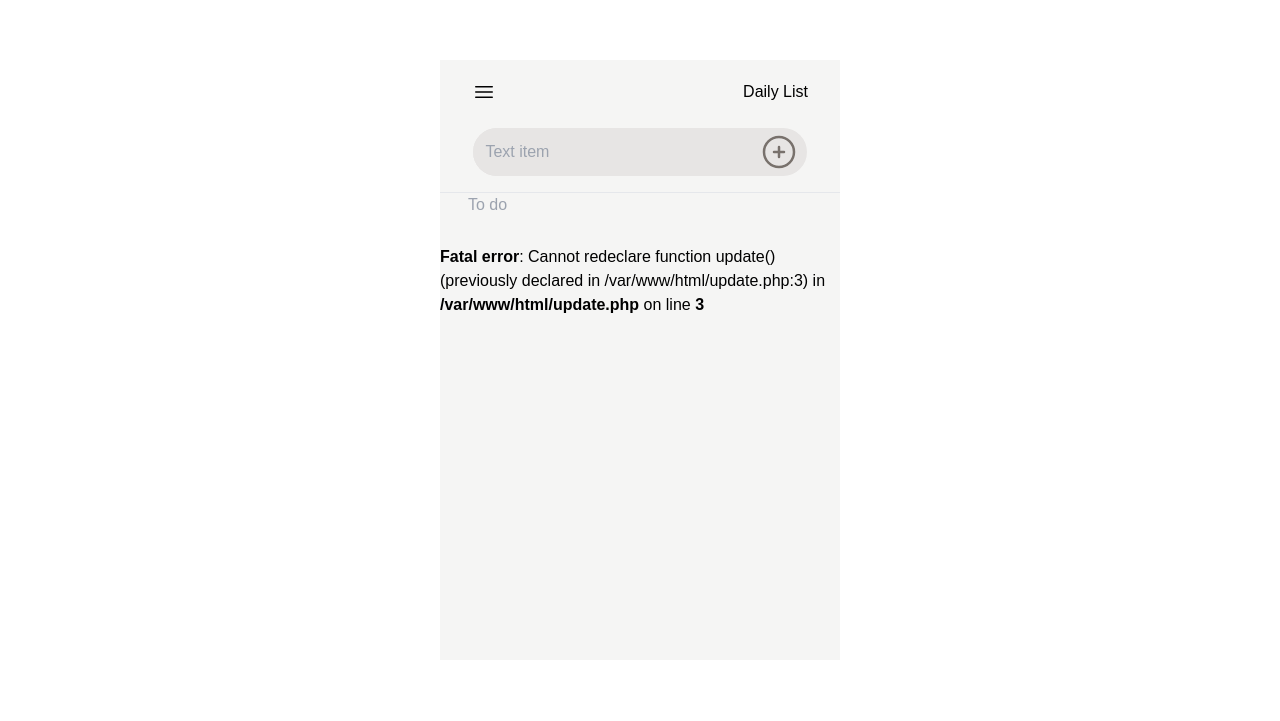
Repository: hsumyatm7308/TodolistbyPHP
Page: http://localhost/
An editor plug-in stored every save of this project. The page is shown before and after the next save, followed by the edit.
The browser window is 1280 px wide. The pictures show the whole page.
Some web libraries are served in a nearby version. The page is run by PHP 8.4 with error messages shown; the project is at /var/www/html/. Queries for data that is not in the repository find no rows.

Above is the page before, as saved 2023-07-11 12:39:52.

### index.php
<!DOCTYPE html>
<html lang="en">

<head>
    <meta charset="UTF-8">
    <meta name="viewport" content="width=device-width, initial-scale=1.0">
    <title>To Do List</title>
    <link rel="stylesheet" href="https://cdnjs.cloudflare.com/ajax/libs/font-awesome/6.4.0/css/all.min.css">
    <script src="https://cdn.tailwindcss.com"></script>

    <style>
        * {
            font-family: sans-serif;
        }

        .scrollbar-hide::-webkit-scrollbar {
            display: none;
        }
    </style>

</head>

<body>
    <div class="w-screen h-screen container flex justify-center items-center">
        <div class="w-[400px] h-[600px] bg-stone-100">
            <!-- header nav  -->
            <div class="w-full h-14 flex justify-between items-center p-8">
                <div>
                    <svg xmlns="http://www.w3.org/2000/svg" fill="none" viewBox="0 0 24 24" stroke-width="1.5"
                        stroke="currentColor" class="w-6 h-6">
                        <path stroke-linecap="round" stroke-linejoin="round"
                            d="M3.75 6.75h16.5M3.75 12h16.5m-16.5 5.25h16.5" />
                    </svg>

                </div>
                <div>
                    <h4> Daily List</h4>
                </div>
            </div>

            <?php

            include("todoform.php");


            ?>

            <div class="w-full h-[500px] overflow-y-scroll scrollbar-hide">

                <?php

                include("update.php");
                // include("complete.php");
                include("edittodo.php");
                include("deletetodo.php");

                ?>
            </div>







        </div>
    </div>










</body>

</html>

### todoform.php
<?php
ini_set('display_errors', false);
require_once("database.php");
require_once("create.php");

try {
    global $conn;

    $stmt = $conn->prepare("SELECT id, task FROM todolist");
    $stmt->execute();
} catch (Exception $e) {
    echo "Found Error: " . $e->getMessage();
}
?>

<!-- update to do  -->
<!-- <form action="index.php" method="post" class="mt-3" enctype="multipart/form-data"> -->
<h3 class="text-gray-400 ml-7 mb-1">To do</h3>

<?php while ($row = $stmt->fetch()): ?>
    <div name="taskitems" class="w-full h-auto flex justify-center items-center p-1">
        <div class="w-[85%] h-auto bg-stone-200 flex justify-between items-center p-3">
            <span>
                <button class="complete-check">
                    <i class="fa-regular fa-circle-check"></i>
                </button>
                <span class="ml-1">
                    <?php echo $row['task'] ?>
                </span>
            </span>
            <div class="flex justify-center items-center">

                    <button class="mr-4 editbtn" name="edit-task" value="<?php echo $row['id']; ?>">
                        <svg xmlns="http://www.w3.org/2000/svg" fill="none" viewBox="0 0 24 24" stroke-width="1.5"
                            stroke="currentColor" class="w-6 h-6">
                            <path stroke-linecap="round" stroke-linejoin="round"
                                d="M16.862 4.487l1.687-1.688a1.875 1.875 0 112.652 2.652L10.582 16.07a4.5 4.5 0 01-1.897 1.13L6 18l.8-2.685a4.5 4.5 0 011.13-1.897l8.932-8.931zm0 0L19.5 7.125M18 14v4.75A2.25 2.25 0 0115.75 21H5.25A2.25 2.25 0 013 18.75V8.25A2.25 2.25 0 015.25 6H10" />
                        </svg>

                    </button>


                <form action="index.php" method="post" class="flex justify-center items-center">
                    <button type="submit" name="delete-task" value="<?php echo $row['id']; ?>" class="delete-task">
                        <svg xmlns="http://www.w3.org/2000/svg" fill="none" viewBox="0 0 24 24" stroke-width="1.5"
                            stroke="currentColor" class="w-6 h-6">
                            <path stroke-linecap="round" stroke-linejoin="round"
                                d="M14.74 9l-.346 9m-4.788 0L9.26 9m9.968-3.21c.342.052.682.107 1.022.166m-1.022-.165L18.16 19.673a2.25 2.25 0 01-2.244 2.077H8.084a2.25 2.25 0 01-2.244-2.077L4.772 5.79m14.456 0a48.108 48.108 0 00-3.478-.397m-12 .562c.34-.059.68-.114 1.022-.165m0 0a48.11 48.11 0 013.478-.397m7.5 0v-.916c0-1.18-.91-2.164-2.09-2.201a51.964 51.964 0 00-3.32 0c-1.18.037-2.09 1.022-2.09 2.201v.916m7.5 0a48.667 48.667 0 00-7.5 0" />
                        </svg>
                    </button>
                </form>

            </div>





        </div>
    </div>
<?php endwhile; ?>
<!-- </form> -->


<script>

    const editbtn = document.getElementsByClassName('editbtn');
    for (var x = 0; x < editbtn.length; x++) {
        editbtn[x].addEventListener('click', function () {
            const submitBtn = document.getElementById('submitBtn');
            // update = submitBtn.getAttribute('name')
            submitBtn.setAttribute('name', 'update');
            console.log(submitBtn)
        })
    }
</script>

### database.php
<?php

$dbhost = 'localhost';
$dbuser = 'root';
$dbpass = '';
$dbname = 'hmmdb';


try{

    $conn = new PDO("mysql:host=$dbhost;dbname=$dbname", $dbuser, $dbpass);
    $conn->setAttribute(PDO::ATTR_ERRMODE, PDO::ERRMODE_EXCEPTION);

    // echo "Connection successful";


}catch(Exception $e){
    "Error Found:".$e->getMessage();
}




?>

### create.php
<?php
// session_start();
ini_set('display_errors', 1);

require_once("database.php");
include 'update.php';




if ($_SERVER['REQUEST_METHOD'] === 'POST') {
    global $conn;

    $getdata = $_POST['textbox'];

    if (isset($_POST['submit'])) {
        try {
            $stmt = $conn->prepare("INSERT INTO todolist (task) VALUES (:task)");

            $task = $getdata;

            if (empty($task)) {
                echo "";
            } else {
                $stmt->bindParam(':task', $task);




                $stmt->execute();
            }


        } catch (Exception $e) {
            echo "Error Found: " . $e->getMessage();
        }
    }


    if(isset($_POST['update'])){
        $updatedData = update(); // Call the update() function and store the returned value in a variable
        echo $updatedData; // Output the updated value
    }
}






?>




<!-- to do form  -->
<form action="" method="post" enctype="multipart/form-data">


    <div class="w-full h-auto flex justify-center items-center p-1">
        <div class="w-[85%] h-auto bg-stone-200 flex justify-between items-center rounded-3xl">
            <input type="text" name="textbox"
                class="w-[85%] bg-stone-200 rounded-tl-3xl rounded-bl-3xl p-3 focus:outline-none"
                placeholder="Text item">

            <button type="submit" name="submit" class="" id="submitBtn">
                <svg xmlns="http://www.w3.org/2000/svg" fill="none" viewBox="0 0 24 24" stroke-width="1.5"
                    stroke="currentColor" class="w-10 h-10 mr-2 text-stone-500 hover:text-stone-600">
                    <path stroke-linecap="round" stroke-linejoin="round"
                        d="M12 9v6m3-3H9m12 0a9 9 0 11-18 0 9 9 0 0118 0z" />
                </svg>
            </button>
        </div>

    </div>
    <hr class="mt-3">
</form>

### update.php
<?php

function update(){
    $data = "hello"; // New data to be updated

    // Perform update operations here (e.g., update data in the database)

    return $data; // Return the updated value
}


?>

### edittodo.php
<?php
require_once("create.php");
require_once("todoform.php");
require_once("database.php");


    if (isset($_GET['edit-task'])) {
        $task = $_POST['textbox'];


       echo $editTaskID;



    }



?>

### deletetodo.php
<?php
require_once("create.php");
require_once("todoform.php");
require_once("database.php");

if (isset($_POST['delete-task'])) {
    $deleteTaskID = $_POST['delete-task'];

    try {
        $stmt = $conn->prepare("DELETE FROM todolist WHERE id = :delid");
        $stmt->bindParam(":delid", $deleteTaskID);
        $stmt->execute();


    } catch (Exception $e) {
        echo "Error found: " . $e->getMessage();
    }
}
?>

After the next save:
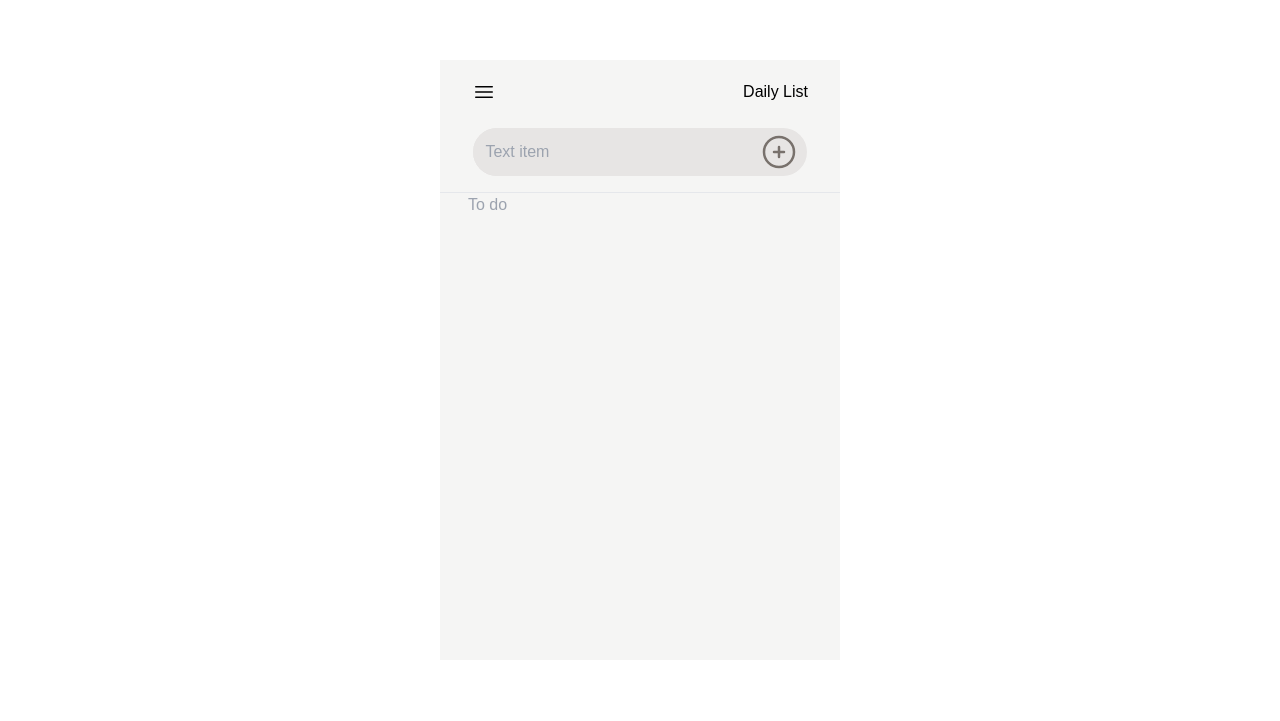
Saved 46 s later.
--- a/update.php
+++ b/update.php
@@ -1,11 +1,13 @@
 <?php
 
-function update(){
-    $data = "hello"; // New data to be updated
+if (!function_exists('update')) {
+    function update(){
+        $data = "hello"; // New data to be updated
 
-    // Perform update operations here (e.g., update data in the database)
+        // Perform update operations here (e.g., update data in the database)
 
-    return $data; // Return the updated value
+        return $data; // Return the updated value
+    }
 }
 
 
